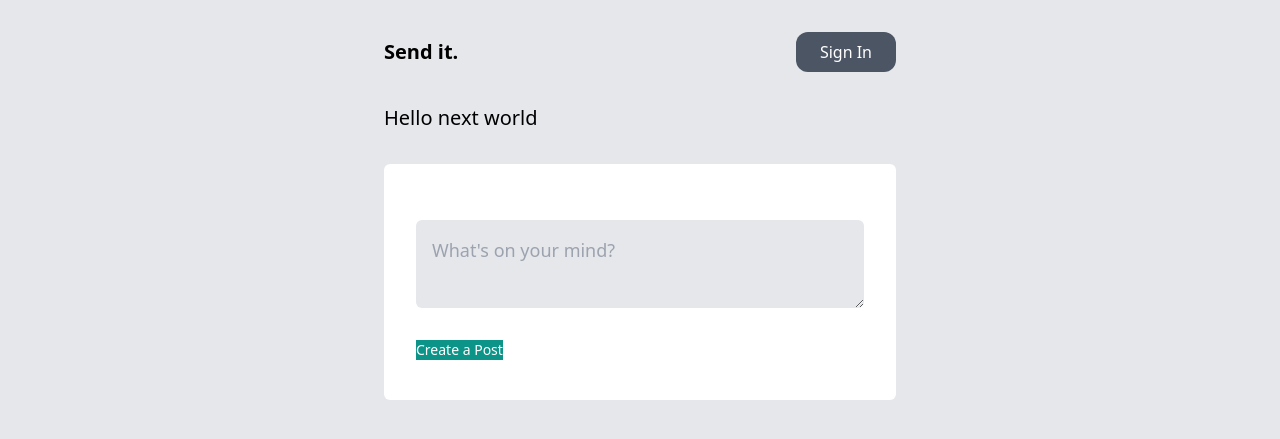
Repository: AMT98/SEND-IT
Page: /
An editor plug-in stored every save of this project. The page is shown before and after the next save, followed by the edit.
The browser window is 1280 px wide. The pictures show the whole page.
The page's requests for data from a server got no answer. The project was rebuilt for these pictures with package versions that can differ from the ones it lists, and the page was loaded fresh each time. The framework's server and built-in components were replaced by stand-ins that run in the browser. No one was signed in, and anything a server would have sent is missing. Also part of the build but not shown: next.config.js, app/auth/Logged.tsx.

Above is the page before, as saved 2023-02-14 17:04:06.

### app/layout.jsx
import Nav from "./auth/Nav";
import "./globals.css";
import { Roboto } from "@next/font/google";
const roboto = Roboto ({
  subsets: ["latin"],
  weight: ['400', "700"],
  variable: "--font-roboto"
})
export default function RootLayout({ children }) {
  return (
    <html lang="en">
      {/*
        <head /> will contain the components returned by the nearest parent
        head.tsx. Find out more at https://beta.nextjs.org/docs/api-reference/file-conventions/head
      */}
      <head />
      <body className={`mx-4 md:mx-48 xl:mx-96 ${roboto.variable} bg-gray-200`}>
        <Nav />
        {children}
      </body>
    </html>
  );
}

### app/page.tsx
"use client";
import AddPost from "./components/AddPost";

export default function Home() {
  return (
    <main>
      <h1 className="text-xl">Hello next world</h1>
      <AddPost />
    </main>
  );
}

### app/auth/Nav.tsx
import Link from "next/link";
import Login from "./Login";
import { getServerSession } from "next-auth/next";
import { authOptions } from "../../pages/api/auth/[...nextauth]";
import Logged from "./Logged";

const Nav = async () => {
  const session = await getServerSession(authOptions);

  return (
    <nav className="flex justify-between items-center py-8">
      <Link href={"/"}>
        <h1 className="font-bold text-xl">Send it.</h1>
      </Link>
      <ul className="flex items-center gap-6">
        {!session?.user && <Login />}
        {session?.user && <Logged image={session.user?.image || ""} />}
      </ul>
    </nav>
  );
};

export default Nav;

### app/globals.css
@tailwind base;
@tailwind components;
@tailwind utilities;

:root {
  --max-width: 1100px;
  --border-radius: 12px;
  --font-mono: ui-monospace, Menlo, Monaco, 'Cascadia Mono', 'Segoe UI Mono',
    'Roboto Mono', 'Oxygen Mono', 'Ubuntu Monospace', 'Source Code Pro',
    'Fira Mono', 'Droid Sans Mono', 'Courier New', monospace;

  --foreground-rgb: 0, 0, 0;
  --background-start-rgb: 214, 219, 220;
  --background-end-rgb: 255, 255, 255;

  --primary-glow: conic-gradient(
    from 180deg at 50% 50%,
    #16abff33 0deg,
    #0885ff33 55deg,
    #54d6ff33 120deg,
    #0071ff33 160deg,
    transparent 360deg
  );
  --secondary-glow: radial-gradient(
    rgba(255, 255, 255, 1),
    rgba(255, 255, 255, 0)
  );

  --tile-start-rgb: 239, 245, 249;
  --tile-end-rgb: 228, 232, 233;
  --tile-border: conic-gradient(
    #00000080,
    #00000040,
    #00000030,
    #00000020,
    #00000010,
    #00000010,
    #00000080
  );

  --callout-rgb: 238, 240, 241;
  --callout-border-rgb: 172, 175, 176;
  --card-rgb: 180, 185, 188;
  --card-border-rgb: 131, 134, 135;
}

@media (prefers-color-scheme: dark) {
  :root {
    --foreground-rgb: 255, 255, 255;
    --background-start-rgb: 0, 0, 0;
    --background-end-rgb: 0, 0, 0;

    --primary-glow: radial-gradient(rgba(1, 65, 255, 0.4), rgba(1, 65, 255, 0));
    --secondary-glow: linear-gradient(
      to bottom right,
      rgba(1, 65, 255, 0),
      rgba(1, 65, 255, 0),
      rgba(1, 65, 255, 0.3)
    );

    --tile-start-rgb: 2, 13, 46;
    --tile-end-rgb: 2, 5, 19;
    --tile-border: conic-gradient(
      #ffffff80,
      #ffffff40,
      #ffffff30,
      #ffffff20,
      #ffffff10,
      #ffffff10,
      #ffffff80
    );

    --callout-rgb: 20, 20, 20;
    --callout-border-rgb: 108, 108, 108;
    --card-rgb: 100, 100, 100;
    --card-border-rgb: 200, 200, 200;
  }
}

* {
  box-sizing: border-box;
  padding: 0;
  margin: 0;
}

html,
body {
  max-width: 100vw;
  overflow-x: hidden;
}

### app/components/AddPost.tsx
"use client";
import { useState } from "react";

export default function CreatePost() {
  const [title, setTitle] = useState("");
  const [isDisabled, setIsDisabled] = useState(false);
  return (
    <form className="bg-white my-8 p-8 rounded-md">
      <div className="flex flex-col my-4">
        <textarea
          onChange={(e) => setTitle(e.target.value)}
          name="title"
          value={title}
          placeholder="What's on your mind?"
          className="p-4 text-lg rounded-md my-2 bg-gray-200"
        ></textarea>
      </div>
      <div>
        <button
          disabled={isDisabled}
          type="submit"
          className="text-sm bg-teal-600 text-white my-2"
        >
          Create a Post
        </button>
      </div>
    </form>
  );
}

### app/auth/Login.tsx
"use client";
import { signIn } from "next-auth/react";

export default function Login() {
  return (
    <li className="list-none">
      <button onClick={() => signIn()} className="text-md bg-gray-600 text-white py-2 px-6 rounded-xl disabled:opacity-25">
        Sign In
      </button>
    </li>
  );
}

### pages/api/auth/[...nextauth].js
import NextAuth from "next-auth";
import GoogleProvider from "next-auth/providers/google";
import { PrismaAdapter } from "@next-auth/prisma-adapter";
import prisma from "../../../prisma/client";

export const authOptions = {
  adapter: PrismaAdapter(prisma),
  providers: [
    GoogleProvider({
      clientId: process.env.GOOGLE_CLIENT_ID,
      clientSecret: process.env.GOOGLE_CLIENT_SECRET,
    }),
  ],
};

export default NextAuth(authOptions);

### prisma/client.js
import {PrismaClient} from "@prisma/client"
const client = globalThis.prisma || new PrismaClient()
if (process.env.NODE_ENV !== "production") globalThis.prisma = client

export default client

Loaded but not shown: tailwind.config.js (common file)

After the next save:
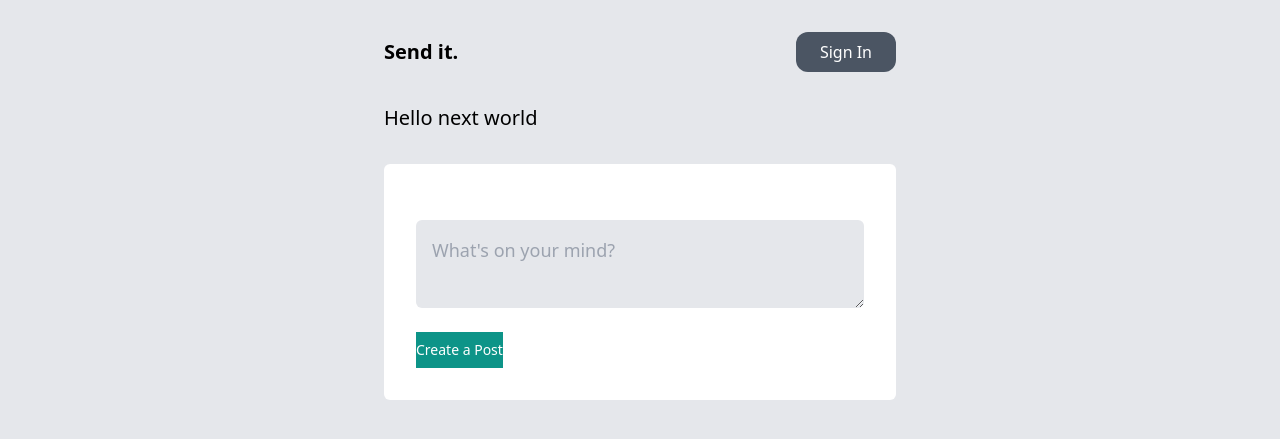
Saved 4 s later.
--- a/app/components/AddPost.tsx
+++ b/app/components/AddPost.tsx
@@ -19,7 +19,7 @@ export default function CreatePost() {
         <button
           disabled={isDisabled}
           type="submit"
-          className="text-sm bg-teal-600 text-white my-2"
+          className="text-sm bg-teal-600 text-white py-2"
         >
           Create a Post
         </button>
